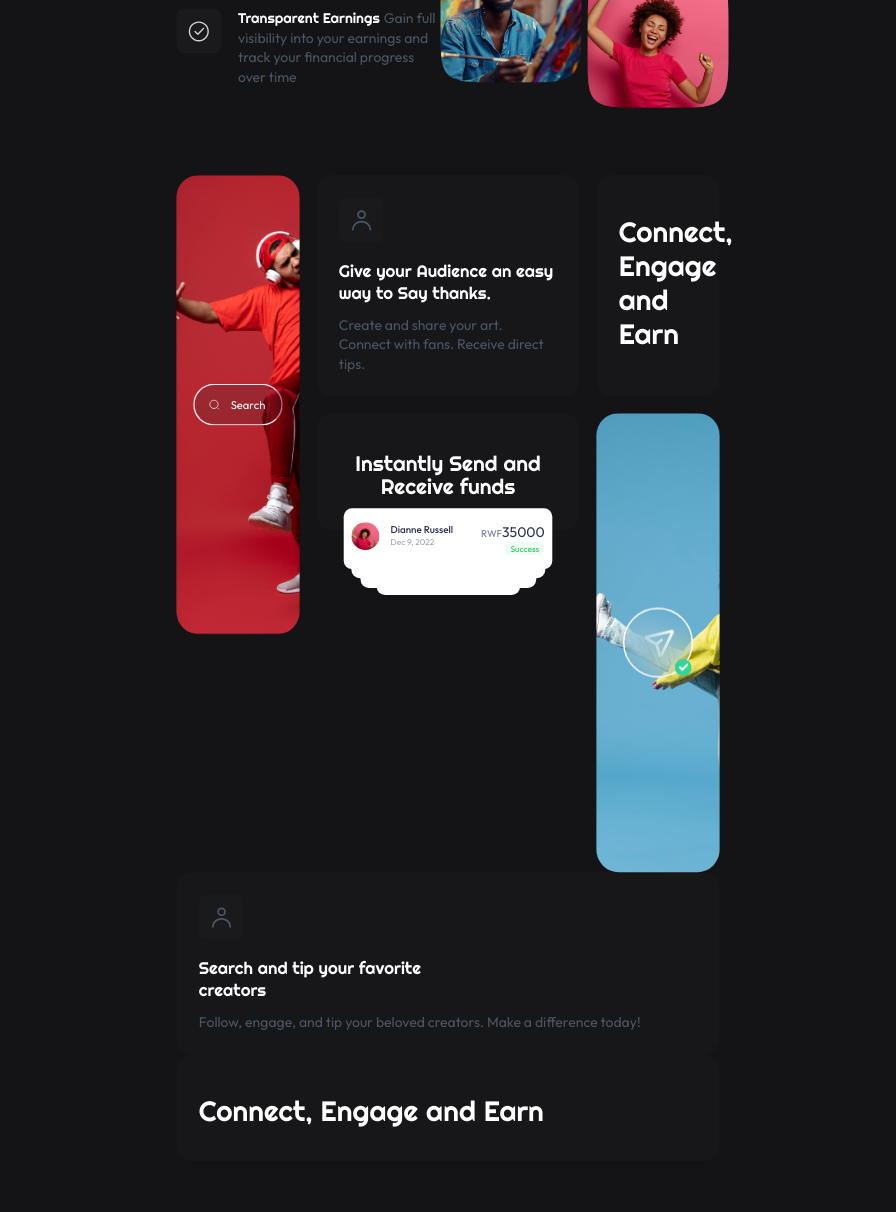
Repository: felixdusengimana/capstone-project-mirror
Page: / (app in frontend/)
These files come from the project's save history. The page is drawn as it stood at one moment and after a run of saves; the edit follows.
The browser window is 1280 px wide. The pictures show the part of the page from y = 2770 to 4690 px (the page is 4502 px tall before and 4797 px after), at 70% of full size.
The project was rebuilt for these pictures with package versions that can differ from the ones it lists, and the page was loaded fresh each time. The framework's server and built-in components were replaced by stand-ins that run in the browser. Also part of the build but not shown: frontend/next.config.mjs.

Above is the page before, as saved 2024-03-11 17:29:51.

After the next 2 saves:
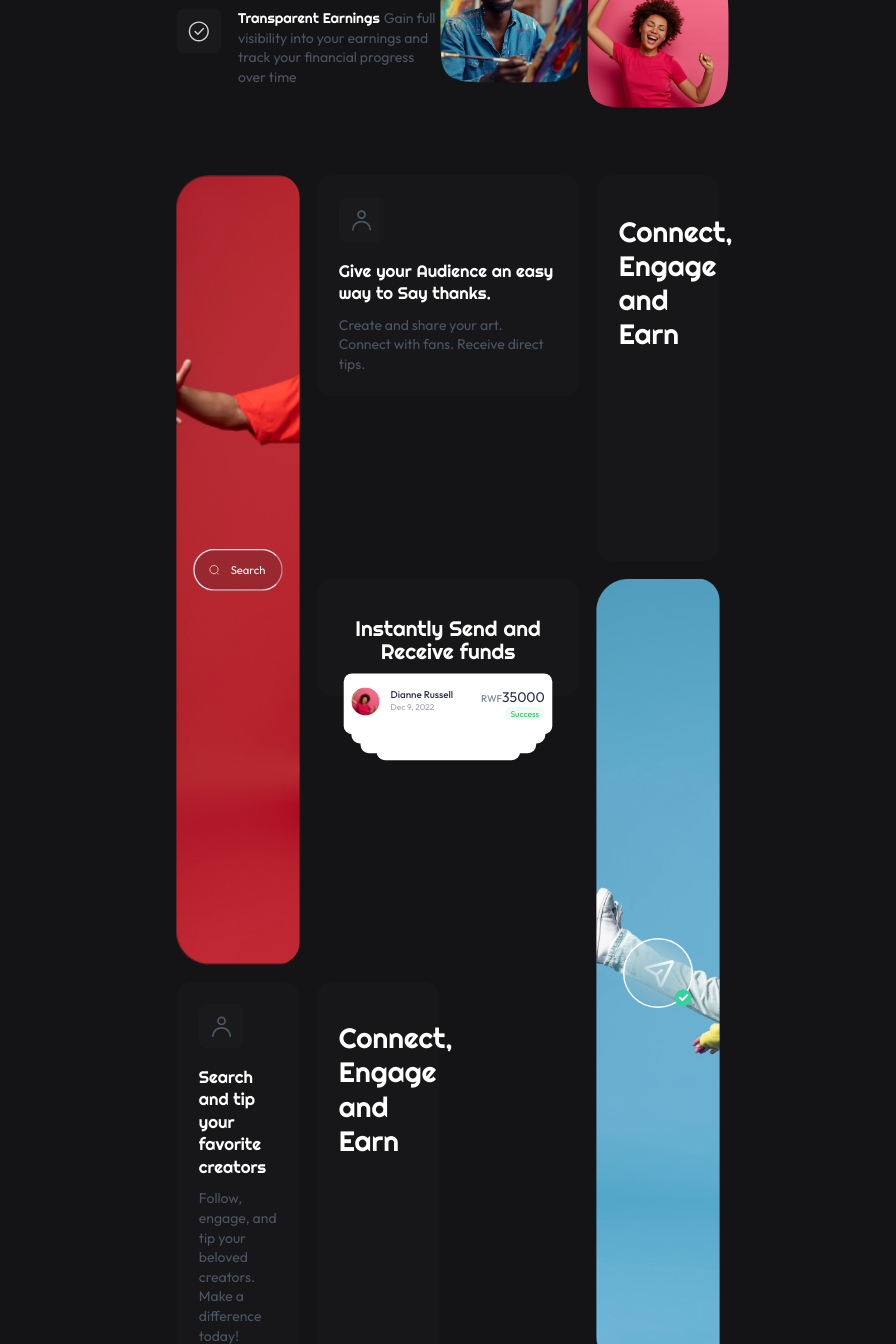
The 2 saves are shown as one change because they came seconds apart.
The last was saved 25 s later.
--- a/frontend/app/page.tsx
+++ b/frontend/app/page.tsx
@@ -242,28 +242,29 @@ export default function page() {
               />
             </button>
           </div>
-        </div>
-        <Card
-          title={
-            <p className="max-w-[374px]">
-              Search and tip your favorite creators
-            </p>
-          }
-          icon="user"
-          className="max-w-full"
-        >
-          Follow, engage, and tip your beloved creators. Make a difference
-          today!
-        </Card>
-        <Card
-          title={
-            <p className="text-[40px] leading-[49px]">
-              Connect, Engage and Earn
-            </p>
-          }
-        >
-          {""}
-        </Card>
+
+          <Card
+            title={
+              <p className="max-w-[374px]">
+                Search and tip your favorite creators
+              </p>
+            }
+            icon="user"
+            className="max-w-full"
+          >
+            Follow, engage, and tip your beloved creators. Make a difference
+            today!
+          </Card>
+          <Card
+            title={
+              <p className="text-[40px] leading-[49px]">
+                Connect, Engage and Earn
+              </p>
+            }
+          >
+            {""}
+          </Card>
+        </div>
       </section>
     </div>
   );
